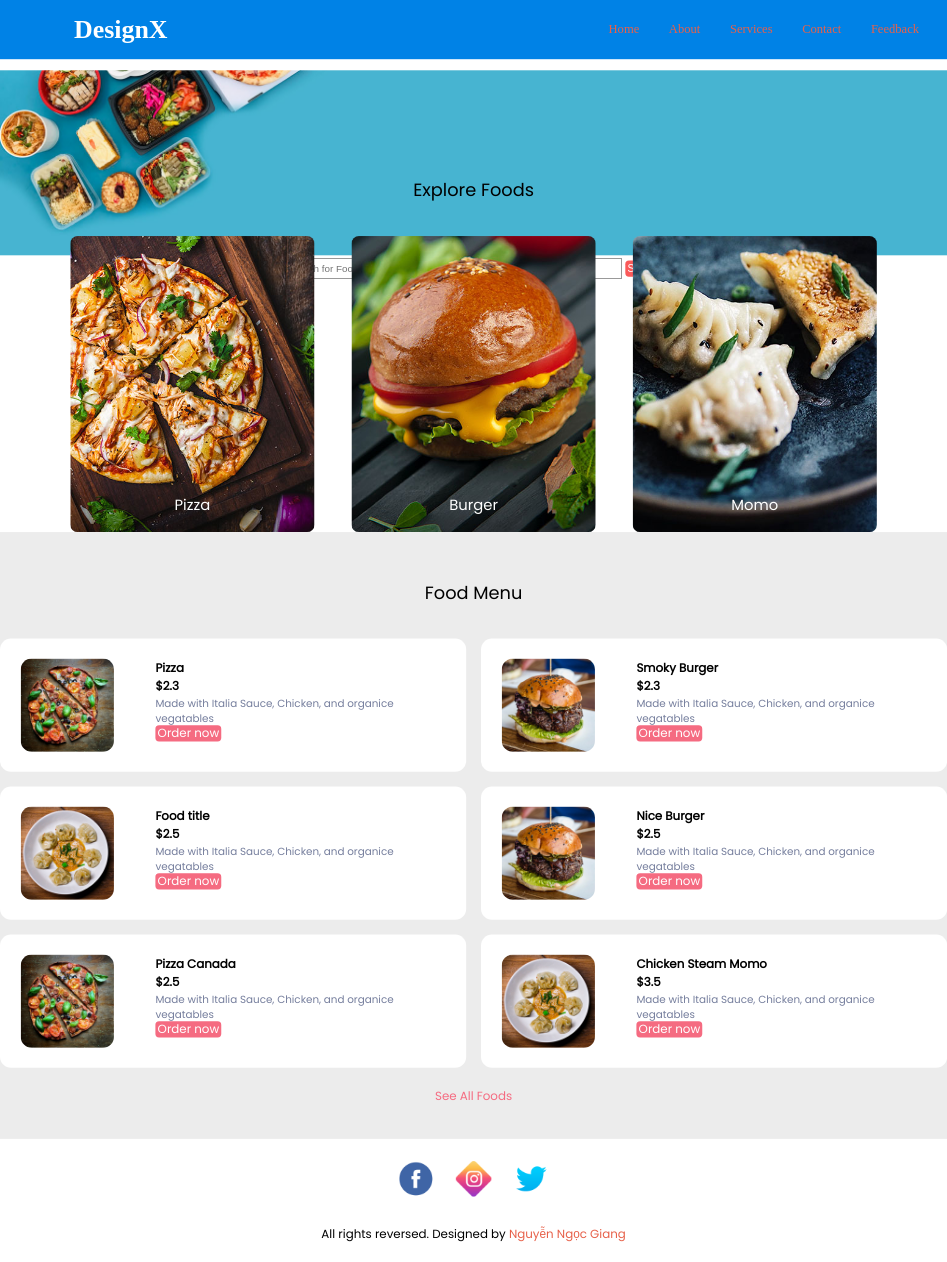
Repository: ruaruababa/WowFood
Page: index.html
The author's editor kept a copy of each file at every save. The page is drawn from the files as they stood at one save, then again after the next save.
The browser window is 1280 px wide. The pictures show the whole page, at 74% of full size.

Above is the page before, as saved 2021-09-19 10:53:49.

### index.html
<!DOCTYPE html>
<html lang="en">
  <head>
    <meta charset="UTF-8" />
    <meta http-equiv="X-UA-Compatible" content="IE=edge" />
    <meta name="viewport" content="width=device-width, initial-scale=1.0" />
    <title>Document</title>
    <link rel="stylesheet" href="./style.css" />
    <link rel="stylesheet" href="./reset.css" />
    <link rel="preconnect" href="https://fonts.googleapis.com" />
    <link rel="preconnect" href="https://fonts.gstatic.com" crossorigin />
    <link
      href="https://fonts.googleapis.com/css2?family=Poppins:wght@400&display=swap"
      rel="stylesheet"
    />
    <link
      rel="stylesheet"
      href="https://cdnjs.cloudflare.com/ajax/libs/font-awesome/5.15.4/css/all.min.css"
      integrity="sha512-1ycn6IcaQQ40/MKBW2W4Rhis/DbILU74C1vSrLJxCq57o941Ym01SwNsOMqvEBFlcgUa6xLiPY/NS5R+E6ztJQ=="
      crossorigin="anonymous"
      referrerpolicy="no-referrer"
    />
  </head>

  <body>
      <nav>
      <input type="checkbox" id="check">
      <label for="check" class="checkbtn">
        <i class="fas fa-bars"></i>
      </label>
      <label class="logo">DesignX</label>
      <ul>
        <li><a class="active" href="#">Home</a></li>
        <li><a href="#">About</a></li>
        <li><a href="#">Services</a></li>
        <li><a href="#">Contact</a></li>
        <li><a href="#">Feedback</a></li>
      </ul>
    </nav>
    <nav>
      <div class="container-nav">
        <div class="background-search">
          <img src="./img/bg.jpg" alt="bgr-search" />
        </div>
        <div class="form">
          <input
            type="text"
            placeholder="Search for Food ..."
            class="input-search"
          />
          <!-- <button class="btn-search">Search</button> -->
          <input type="button" value="Search" class="btn-search" />
        </div>
      </div>
    </nav>
    <section>
      <div class="container-section">
        <div class="explore-food">Explore Foods</div>
        <div class="collection-food">
          <ul class="list-food">
            <li class="item">
              <img src="./img/pizza.jpg" alt="" /><span>Pizza</span>
            </li>
            <li class="item">
              <img src="./img/burger.jpg" alt="" /><span>Burger</span>
            </li>
            <li class="item">
              <img src="./img/momo.jpg" alt="" /><span>Momo</span>
            </li>
          </ul>
        </div>
      </div>
    </section>
    <article>
      <div class="container-article">
        <div class="title-food-menu">Food Menu</div>
        <div class="container-menu">
          <div class="container-item">
            <img src="./img/menu-pizza.jpg" alt="" class="bgr-item" />
            <div class="item-content">
              <h6 class="title-item">Pizza</h6>
              <span class="price-item">$2.3</span>
              <p class="des-item">
                Made with Italia Sauce, Chicken, and organice vegatables
              </p>
              <a href="" class="oder-item">Order now</a>
            </div>
          </div>
          <div class="container-item">
            <img src="./img/menu-burger.jpg" alt="" class="bgr-item" />
            <div class="item-content">
              <h6 class="title-item">Smoky Burger</h6>
              <span class="price-item">$2.3</span>
              <p class="des-item">
                Made with Italia Sauce, Chicken, and organice vegatables
              </p>
              <a href="" class="oder-item">Order now</a>
            </div>
          </div>
          <div class="container-item">
            <img src="./img/menu-momo.jpg" alt="" class="bgr-item" />
            <div class="item-content">
              <h6 class="title-item">Food title</h6>
              <span class="price-item">$2.5</span>
              <p class="des-item">
                Made with Italia Sauce, Chicken, and organice vegatables
              </p>
              <a href="" class="oder-item">Order now</a>
            </div>
          </div>
          <div class="container-item">
            <img src="./img/menu-burger.jpg" alt="" class="bgr-item" />
            <div class="item-content">
              <h6 class="title-item">Nice Burger</h6>
              <span class="price-item">$2.5</span>
              <p class="des-item">
                Made with Italia Sauce, Chicken, and organice vegatables
              </p>
              <a href="" class="oder-item">Order now</a>
            </div>
          </div>
          <div class="container-item">
            <img src="./img/menu-pizza.jpg" alt="" class="bgr-item" />
            <div class="item-content">
              <h6 class="title-item">Pizza Canada</h6>
              <span class="price-item">$2.5</span>
              <p class="des-item">
                Made with Italia Sauce, Chicken, and organice vegatables
              </p>
              <a href="" class="oder-item">Order now</a>
            </div>
          </div>
          <div class="container-item">
            <img src="./img/menu-momo.jpg" alt="" class="bgr-item" />
            <div class="item-content">
              <h6 class="title-item">Chicken Steam Momo</h6>
              <span class="price-item">$3.5</span>
              <p class="des-item">
                Made with Italia Sauce, Chicken, and organice vegatables
              </p>
              <a href="" class="oder-item">Order now</a>
            </div>
          </div>
        </div>
        <div class="footer-food-menu">
          <a href="#" class="see-all-foods">See All Foods</a>
        </div>
      </div>
    </article>
    <footer>
      <div class="container-footer">
        <div class="social-network-icon">
          <div class="icon-fb">
            <a href="https://www.facebook.com/WowFoodPage"
              ><img src="./img/facebook_icon-icons.com_59205.png" alt=""
            /></a>
          </div>
          <div class="icon-insta">
            <a href="https://www.instagram.com/wowfoodrus/"
              ><img src="./img/intsa-icon.png" alt=""
            /></a>
          </div>
          <div class="icon-twitter">
            <a href="https://twitter.com/WOWFoodPics"
              ><img src="./img/twitter_socialnetwork_20007.png" alt=""
            /></a>
          </div>
        </div>
        <div class="license">
          <p>
            All rights reversed. Designed by <a href="">Nguyễn Ngọc Giang</a>
          </p>
        </div>
      </div>
    </footer>
  </body>
  <!-- <script src="/main.js"></script> -->
</html>

### style.css
body {
  overflow-x: scroll;
}
li {
  text-decoration: none;
}
a {
  text-decoration: none;
}
nav{
  background: #0082e6;
  height: 80px;
  width: 100%;
}
label.logo{
  color: white;
  font-size: 35px;
  line-height: 80px;
  padding: 0 100px;
  font-weight: bold;
}
nav ul{
  float: right;
  margin-right: 20px;
}
nav ul li{
  display: inline-block;
  line-height: 80px;
  margin: 0 5px;
}
nav ul li a{
  color: #e7614a;
  font-size: 17px;
  padding: 7px 13px;
  border-radius: 3px;
}

.checkbtn{
  font-size: 30px;
  color: white;
  float: right;
  line-height: 80px;
  margin-right: 40px;
  cursor: pointer;
  display: none;
}
#check{
  display: none;
}

ul:hover li {
  filter:blur(3px);
  opacity: .5;
  transform: scale(.98);
  box-shadow:none;
}

ul:hover li:hover{
  transform:scale(1.2);
  filter:blur(0px);
  opacity:1;
  box-shadow:0 8px 20px 0px rgba(0,0,0,0.125);
}


.container-nav {
  text-align: center;
  margin-top: 15px;
}

.background-search {
  height: 250px;
}

.background-search img {
  height: inherit;
  width: 100%;
  object-fit: cover;
}

.form {
  width: 100%;
  position: absolute;
  top: 50%;
  left: 50%;
  transform: translate(-50%, -50%);
  height: 22px;
}

.input-search {
  width: 35%;
  height: inherit;
}

.btn-search {
  background-color: rgba(250, 59, 59, 0.849);
  border: none;
  border-radius: 5px;
  font-size: 14px;
  color: white;
  cursor: pointer;
  padding: 3px;
}

section {
  position: relative;
}

.explore-food {
  padding-top: 70px;
  text-align: center;
  font-size: 24px;
  font-family: "Poppins", sans-serif;
}

.list-food {
  margin-top: 50px;
  display: flex;
  justify-content: center;
  column-gap: 50px;
}

.list-food li {
  width: 330px;
  height: 400px;
  transition: 0.2s all;
}

.list-food li:hover {
  transform: scale(1.1);
}

.list-food li img {
  width: 100%;
  height: 100%;
  object-fit: cover;
  border-radius: 10px;
}

.list-food li span {
  font-family: "Poppins", sans-serif;
  display: block;
  font-size: 20px;
  text-align: center;
  color: #ffffff;
  margin-top: -50px;
}

article {
  background-color: #ececec;
}

.title-food-menu {
  padding-top: 70px;
  font-size: 24px;
  text-align: center;
  font-family: "Poppins", sans-serif;
}

.container-menu {
  padding-top: 50px;
  display: grid;
  grid-gap: 20px;
  grid-template-columns: repeat(auto-fit, minmax(550px, 1fr));
  grid-auto-rows: 180px;
  justify-items: center;
  font-family: "Poppins", sans-serif;
}

.container-item:nth-child(odd) {
  justify-self: end;
}

.container-item:nth-child(even) {
  justify-self: start;
}

.container-item {
  background-color: #ffffff;
  display: flex;
  align-items: center;
  border-radius: 15px;
}

.container-item img {
  width: 25%;
  height: 70%;
  object-fit: cover;
  border-radius: 15px;
  margin: 0 28px;
}

.container-item .item-content {
  width: 100%;
  height: 70%;
  object-fit: cover;
  border-radius: 15px;
  margin: 0 28px;
}

.item-content {
  display: inline-block;
}

.title-item {
  font-size: 16px;
  font-weight: bold;
  line-height: 25px;
}

.price-item {
  line-height: 25px;
  font-weight: bold;
}

.des-item {
  font-size: 14px;
  line-height: 20px;
  color: #747d9c;
}

.oder-item {
  text-decoration: none;
  background-color: #f56b81;
  color: white;
  border-radius: 5px;
  padding: 3px;
  display: inline-block;
}

.footer-food-menu {
  margin-top: 30px;
}

.see-all-foods {
  display: block;
  text-align: center;
  text-decoration: none;
  color: #f56b81;
  padding-bottom: 50px;
  font-family: "Poppins", sans-serif;
  transition: 0.2s all;
}

.see-all-foods:hover {
  text-decoration: underline;
  transform: scale(1.1);
}

.social-network-icon {
  display: flex;
  justify-content: center;
  margin-top: 30px;
}

.icon-insta {
  margin: 0 30px;
}

.license {
  margin-top: 40px;
  margin-bottom: 30px;
  font-family: "Poppins", sans-serif;
}

.license p {
  text-align: center;
}

.license p a {
  text-decoration: none;
  color: #e7614a;
}

Loaded but not shown: reset.css (common file)

After the next save:
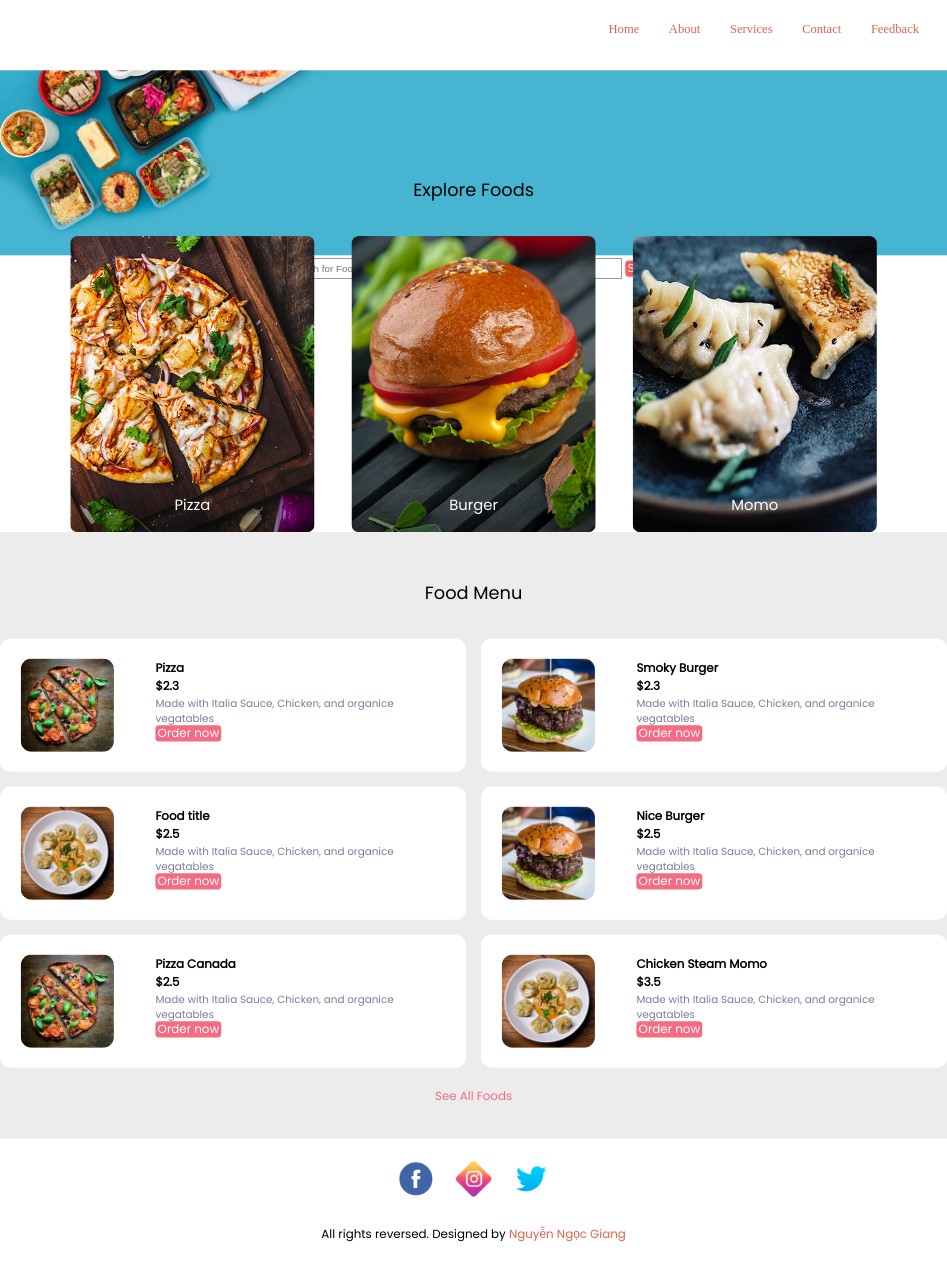
Saved 12 s later.
--- a/style.css
+++ b/style.css
@@ -8,7 +8,6 @@ a {
   text-decoration: none;
 }
 nav{
-  background: #0082e6;
   height: 80px;
   width: 100%;
 }

After the save that followed:
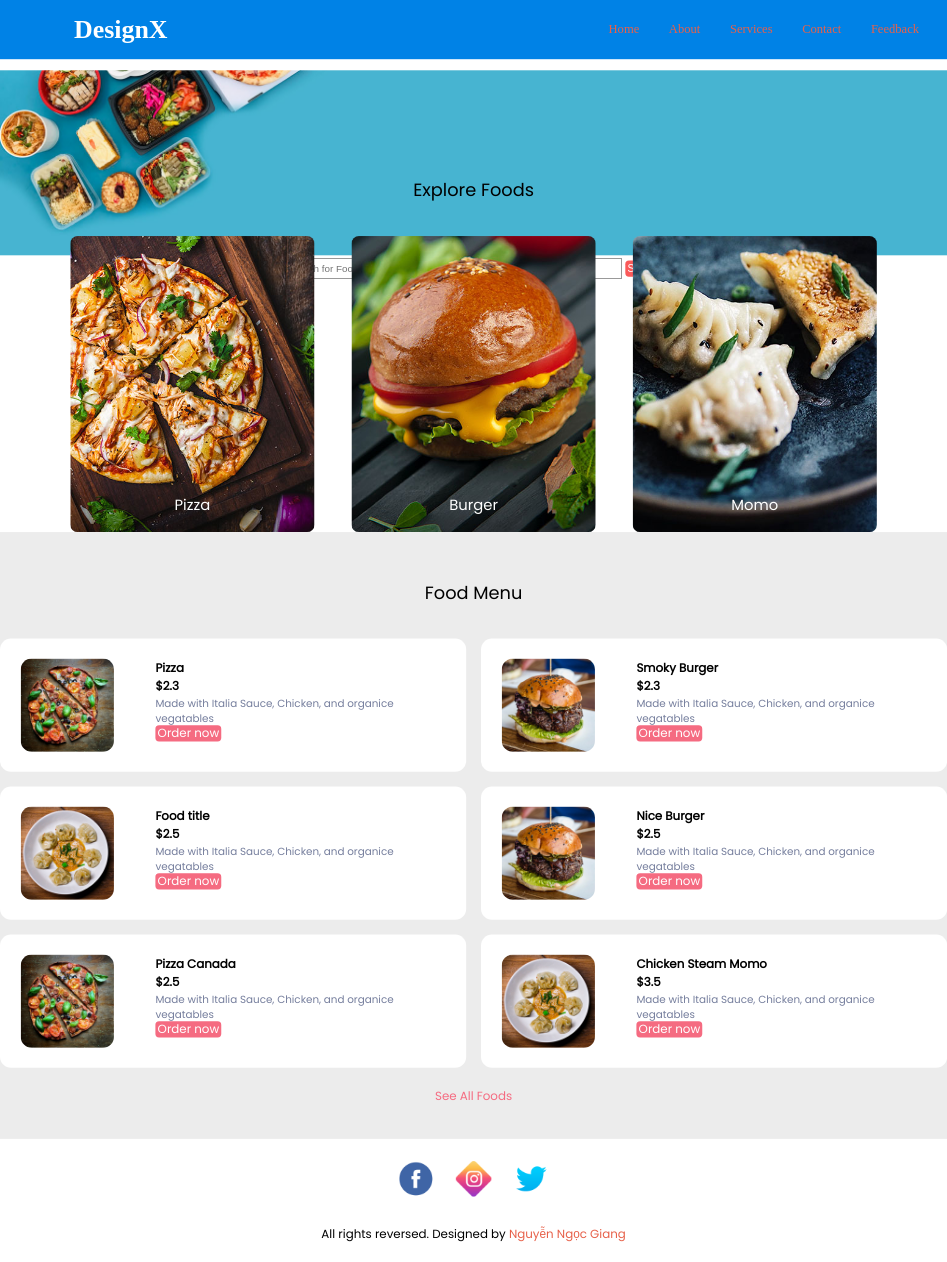
Saved 16 s later.
--- a/style.css
+++ b/style.css
@@ -8,6 +8,7 @@ a {
   text-decoration: none;
 }
 nav{
+  background: #0082e6;
   height: 80px;
   width: 100%;
 }
